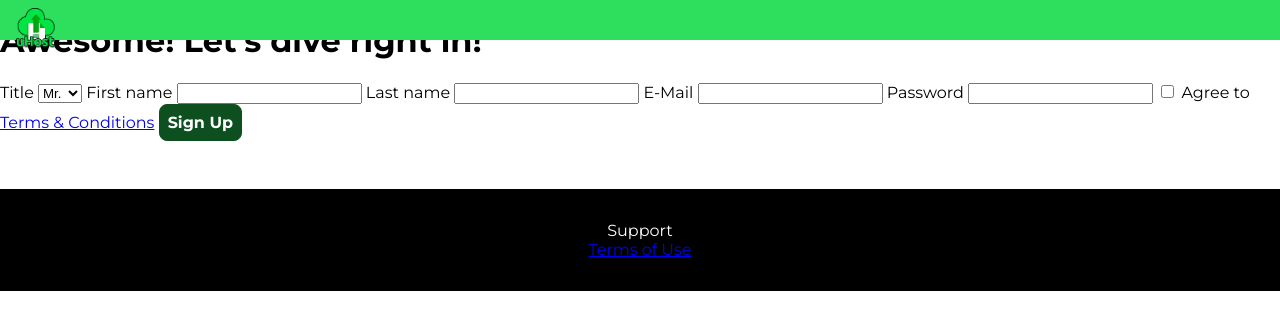
Repository: Nowacki97PL/UdemyCSS
Page: start-hosting/index.html
An editor plug-in stored every save of this project. The page is shown before and after the next save, followed by the edit.
The browser window is 1280 px wide. The pictures show the whole page.

Above is the page before, as saved 2023-11-30 09:21:18.
Not found: start-hosting/start-hosting.css

After the next save:
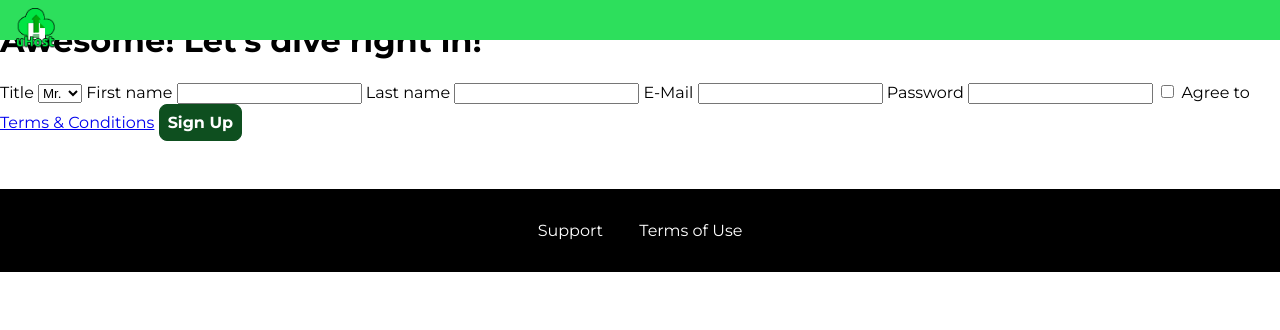
Saved 9 s later.
--- a/start-hosting/index.html
+++ b/start-hosting/index.html
@@ -81,7 +81,7 @@
                 <li class="main-footer__link">
                     <a href="#">Support</a>
                 </li>
-                <li>
+                <li class="main-footer__link">
                     <a href="#">Terms of Use</a>
                 </li>
             </ul>
